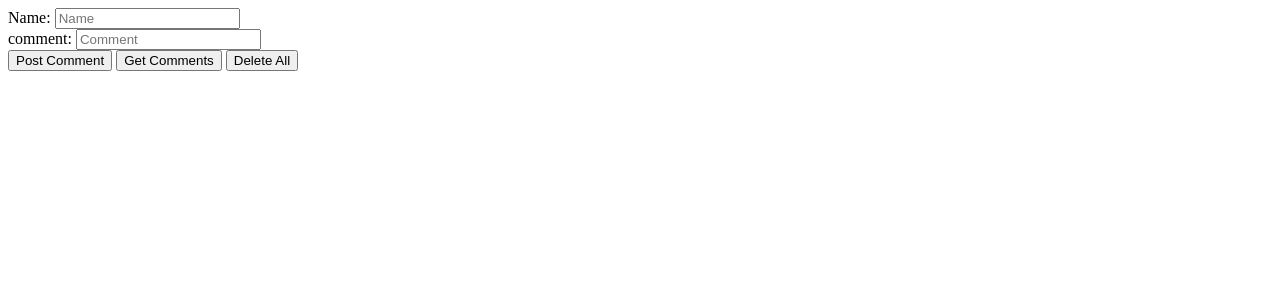
Repository: bkappen/Creative3
Page: comments/public/index.html
The author's editor kept a record of every edit. The page is drawn from the files as they stood at one moment, then again after the next edit.
The browser window is 1280 px wide. The pictures show the whole page.
Some web libraries are served in a nearby version.

Above is the page before.
Console error: SyntaxError: Unexpected token '}'

After the next edit:
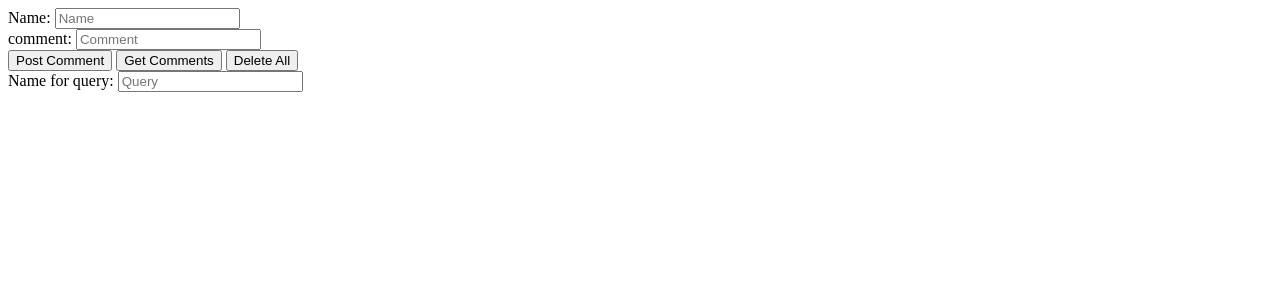
The edit:
--- a/comments/public/index.html
+++ b/comments/public/index.html
@@ -16,6 +16,11 @@
     <button id="postComment">Post Comment</button>
     <button id="getComments">Get Comments</button>
     <button id="deleteComments">Delete All</button>
+
+    <form id="queryForm" action="">
+        <label for="query">Name for query: </label><input type="text" id="query" placeholder="Query"><br>
+    </form>
+
     <div id="json"></div>
     <div id="done"></div>
     <div id="comments"></div>
